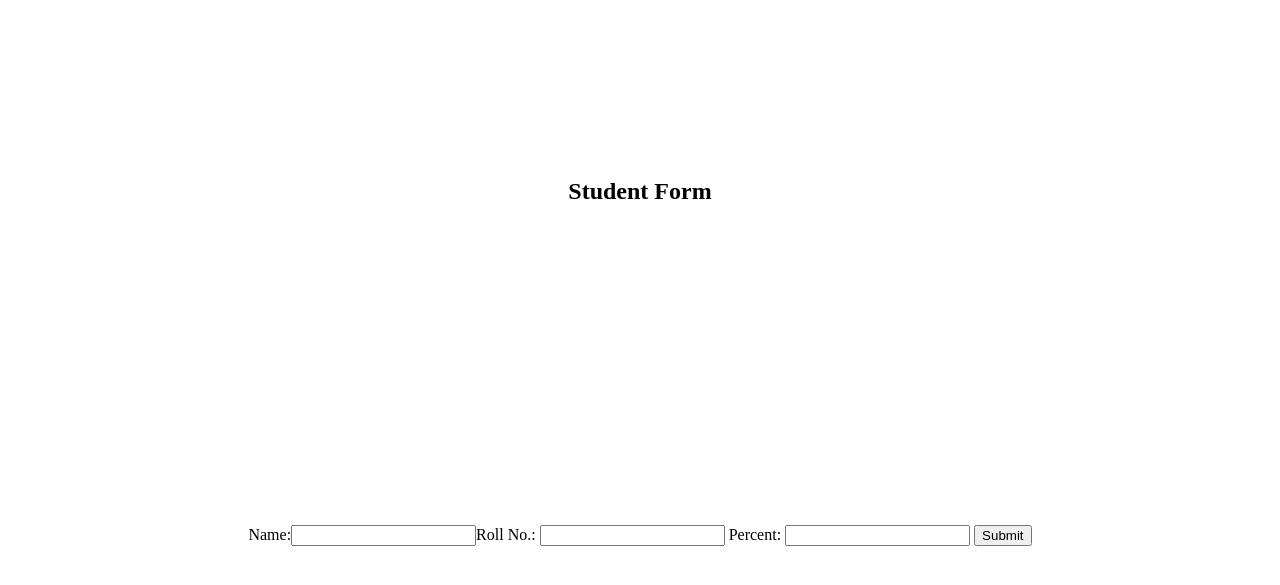
Repository: deeptimahisare1206/Todo_List
Page: http://localhost/Hib_Nest/
These files come from the project's save history. The page is drawn as it stood at one moment and after the next save; the edit follows.
The browser window is 1280 px wide. The pictures show the whole page.
The page is served by Tomcat 10. Other server files are loaded and not shown.

Above is the page before, as saved 2024-11-09 10:47:03.

### Hib_Nest/src/main/webapp/index.jsp
<%@ page language="java" contentType="text/html; charset=UTF-8"
	pageEncoding="UTF-8"%>
<html>
<head>
<style>
body {
	display: grid;
	place-items: center;
}
</style>
</head>
<body>
	<h2>Student Form</h2>
	<form action="Register" method="get">
		<label>Name:</label><input type="text" name="name"><label>Roll
			No.: </label> <input type="number" name="roll"> <label>Percent:
		</label><input type="number" name="percent"> <input type="submit"
			value="Submit">
	</form>
</body>
</html>

After the next save:
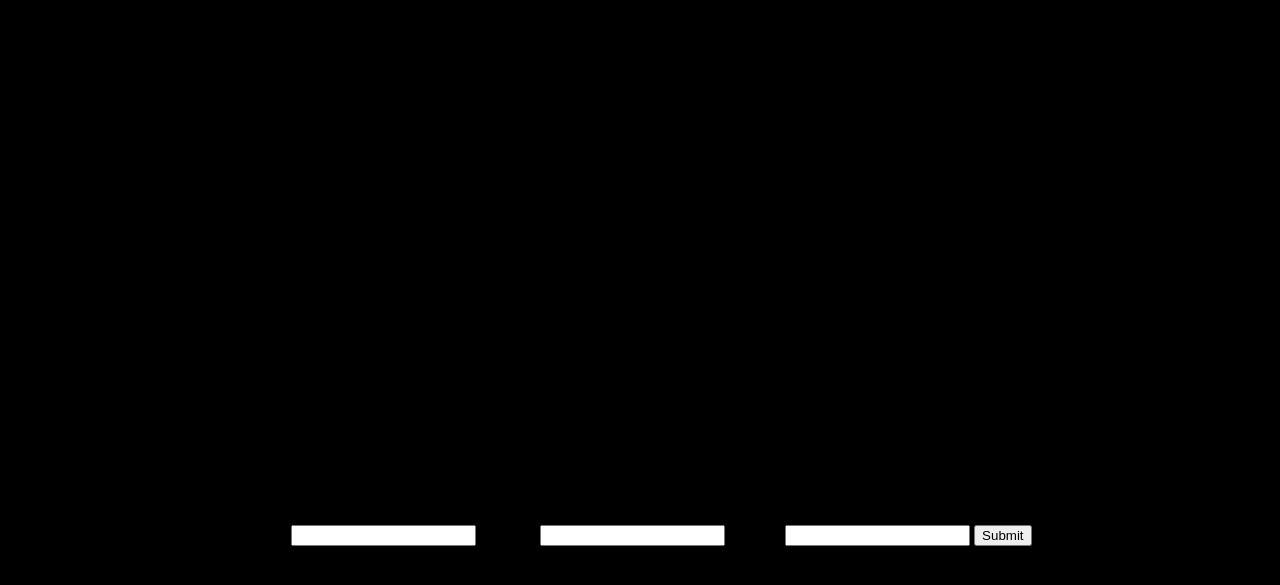
Saved 48 s later.
--- a/Hib_Nest/src/main/webapp/index.jsp
+++ b/Hib_Nest/src/main/webapp/index.jsp
@@ -6,6 +6,9 @@
 body {
 	display: grid;
 	place-items: center;
+background-color: black;
+}
+form{
 }
 </style>
 </head>
